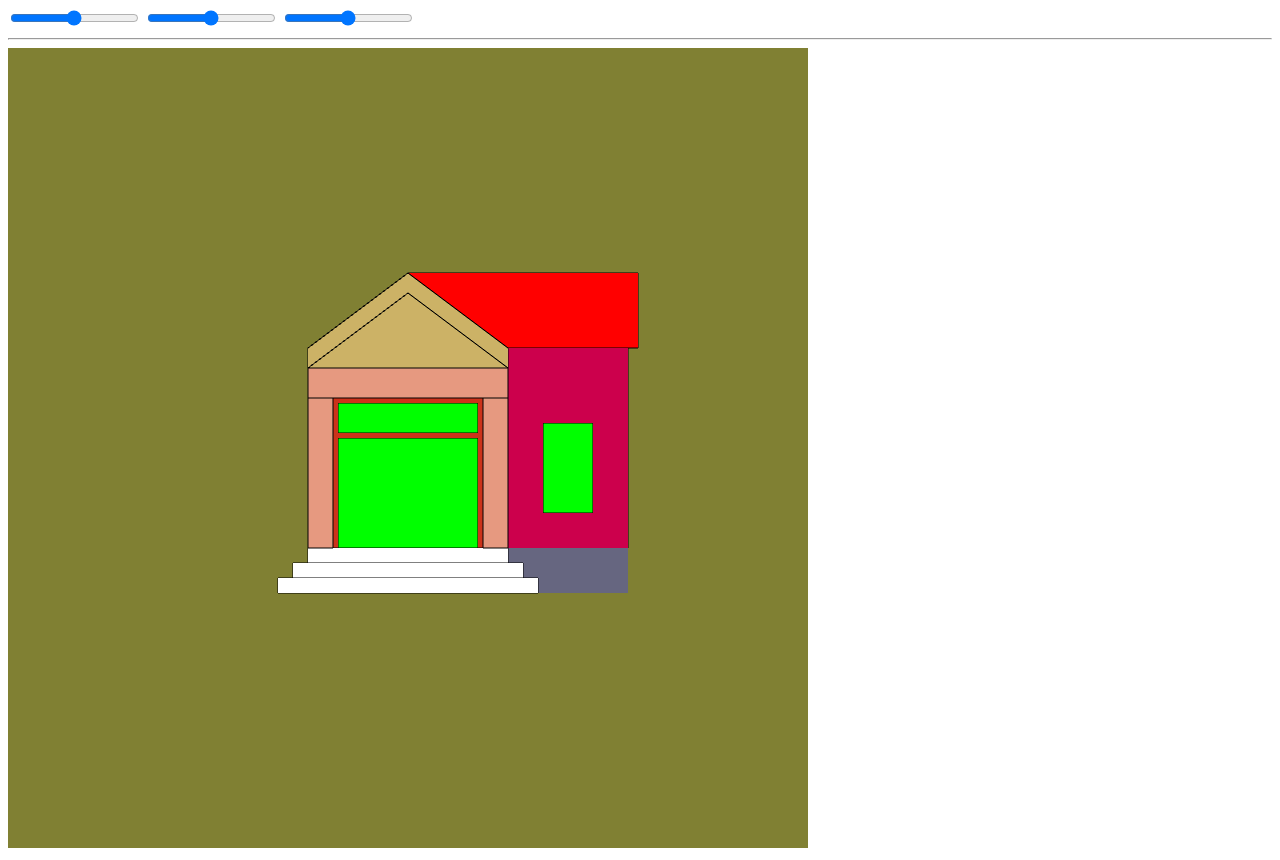
Repository: JoinGame-A36664/Build-House-WebGL
Page: index.html
The author's editor kept a copy of each file at every save. The page is drawn from the files as they stood at one save, then again after a run of saves.
The browser window is 1280 px wide. The pictures show the whole page.

Above is the page before, as saved 2021-10-24 23:43:10.
Console error: ReferenceError: program is not defined

After the next 3 saves:
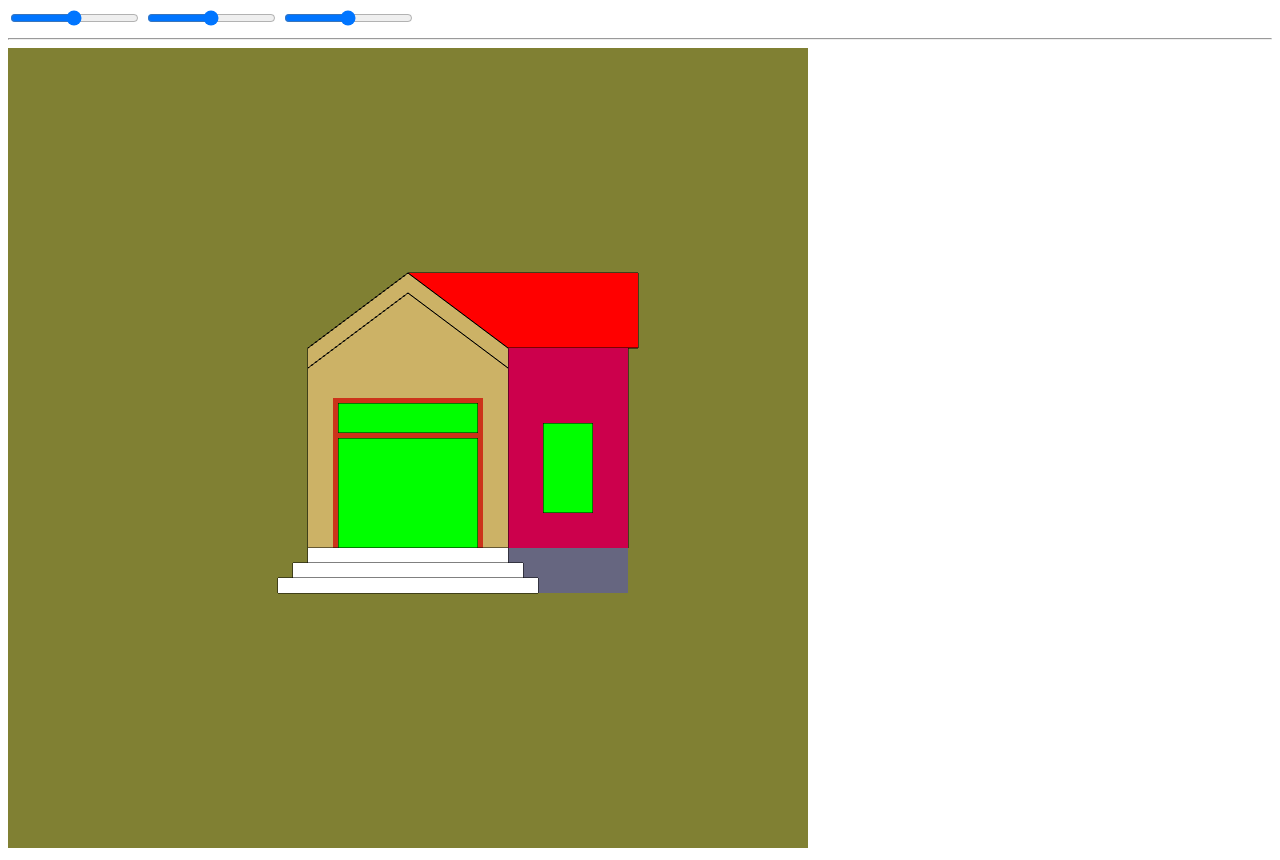
The 3 saves are shown as one change because they came seconds apart.
The last was saved 13 s later.
--- a/Bietthu1.js
+++ b/Bietthu1.js
@@ -186,9 +186,9 @@ function buildHouse(program, vertices, vertexColors) // Truyền vào những g
 
 
 
-          buildrectangular(program, vertices[20], vertices[21], vertices[22], vertices[23], vertices[24], vertices[25], vertices[26], vertices[27], vertexColors[0], vertexColors[8]);
-          buildrectangular(program, vec3(150, -200, 200), vec3(200, -200, 200), vec3(200, 100, 200), vec3(150, 100, 200), vec3(150, 100, 150), vec3(150, -200, 150), vec3(200, -200, 150), vec3(200, 100, 150), vertexColors[0], vertexColors[8]);
-          buildrectangular(program, vec3(-200, -200, 200), vec3(-150, -200, 200), vec3(-150, 100, 200), vec3(-200, 100, 200), vec3(-200, 100, 150), vec3(-200, -200, 150), vec3(-150, -200, 150), vec3(-150, 100, 150), vertexColors[0], vertexColors[8]);
+          // buildrectangular(program, vertices[20], vertices[21], vertices[22], vertices[23], vertices[24], vertices[25], vertices[26], vertices[27], vertexColors[0], vertexColors[8]);
+          // buildrectangular(program, vec3(150, -200, 200), vec3(200, -200, 200), vec3(200, 100, 200), vec3(150, 100, 200), vec3(150, 100, 150), vec3(150, -200, 150), vec3(200, -200, 150), vec3(200, 100, 150), vertexColors[0], vertexColors[8]);
+          // buildrectangular(program, vec3(-200, -200, 200), vec3(-150, -200, 200), vec3(-150, 100, 200), vec3(-200, 100, 200), vec3(-200, 100, 150), vec3(-200, -200, 150), vec3(-150, -200, 150), vec3(-150, 100, 150), vertexColors[0], vertexColors[8]);
 
           if (temp == 0) {
                     wall(program, vertices[0], vertices[1], vertices[2], vertices[3], vertexColors[9]);
